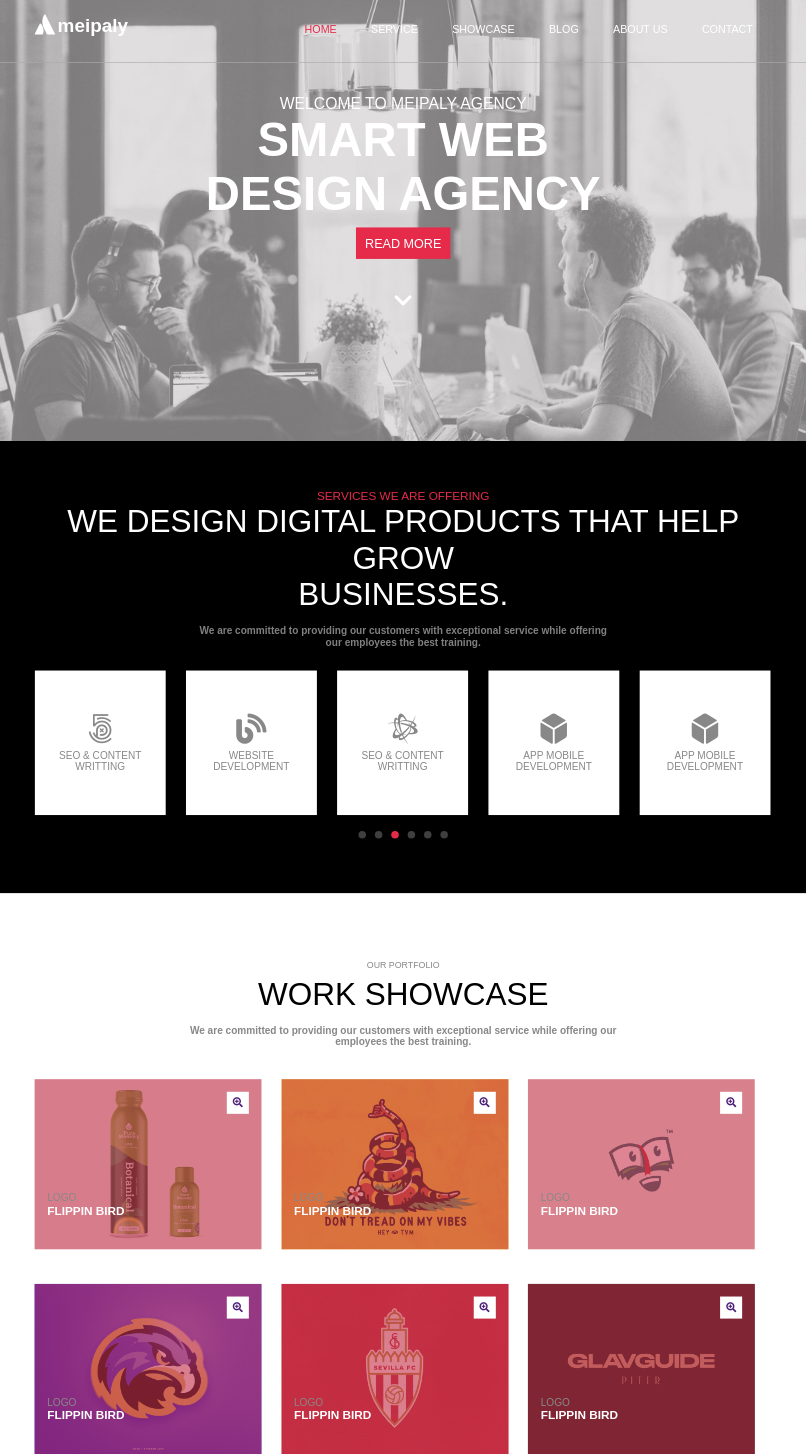
Repository: ToanNguyenThai/Meipaly
Page: index.html
An editor plug-in stored every save of this project. The page is shown before and after the next save, followed by the edit.
The browser window is 1280 px wide. The pictures show the whole page, at 63% of full size.

Above is the page before, as saved 2021-12-11 01:11:27.

After the next save:
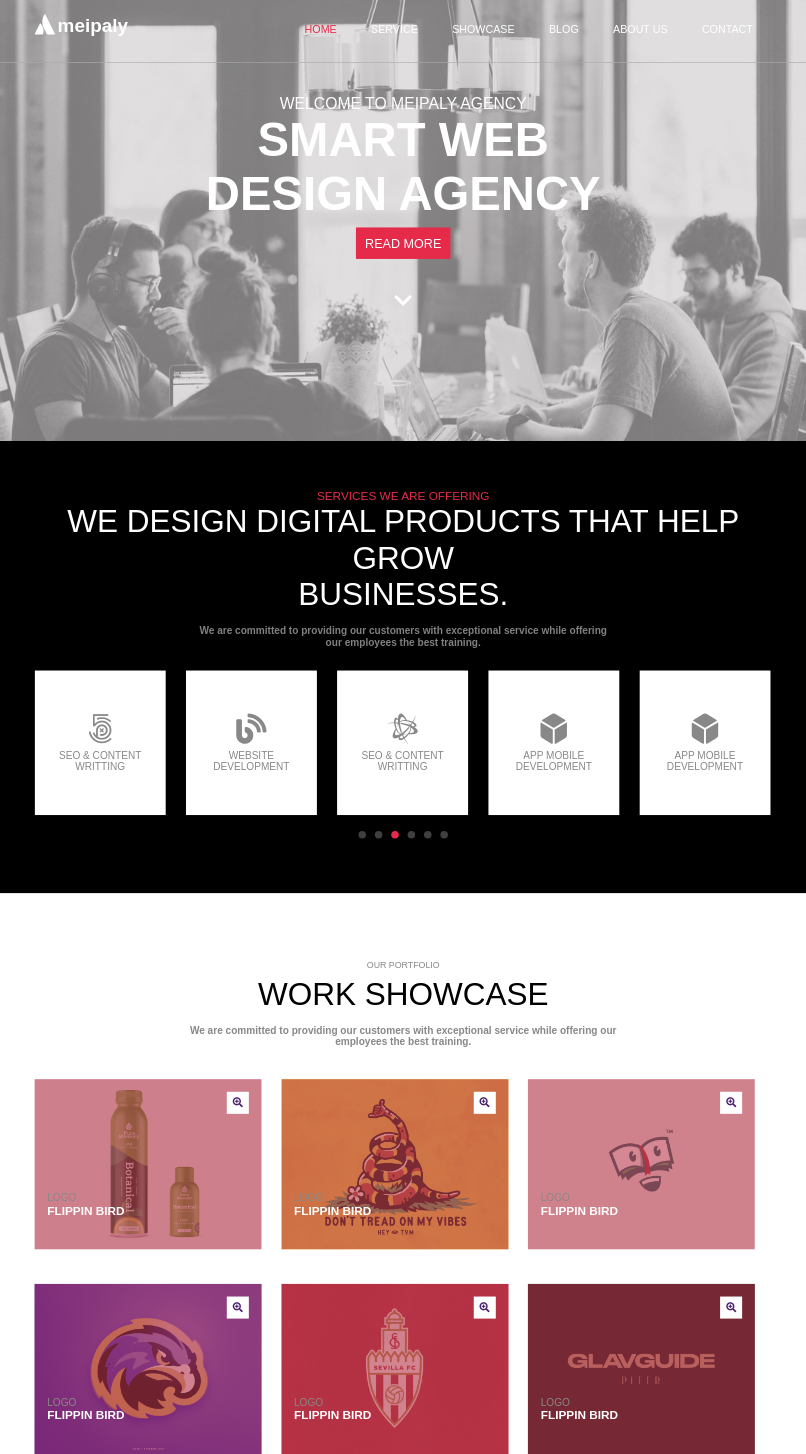
Saved 5 s later.
--- a/css/style.css
+++ b/css/style.css
@@ -221,7 +221,7 @@
     width: 360px;
     height: 270px;
     margin-top: 50px;
-    filter: grayscale(20%);
+    filter: grayscale(30%);
     position: relative;
 }
 .overlay{
